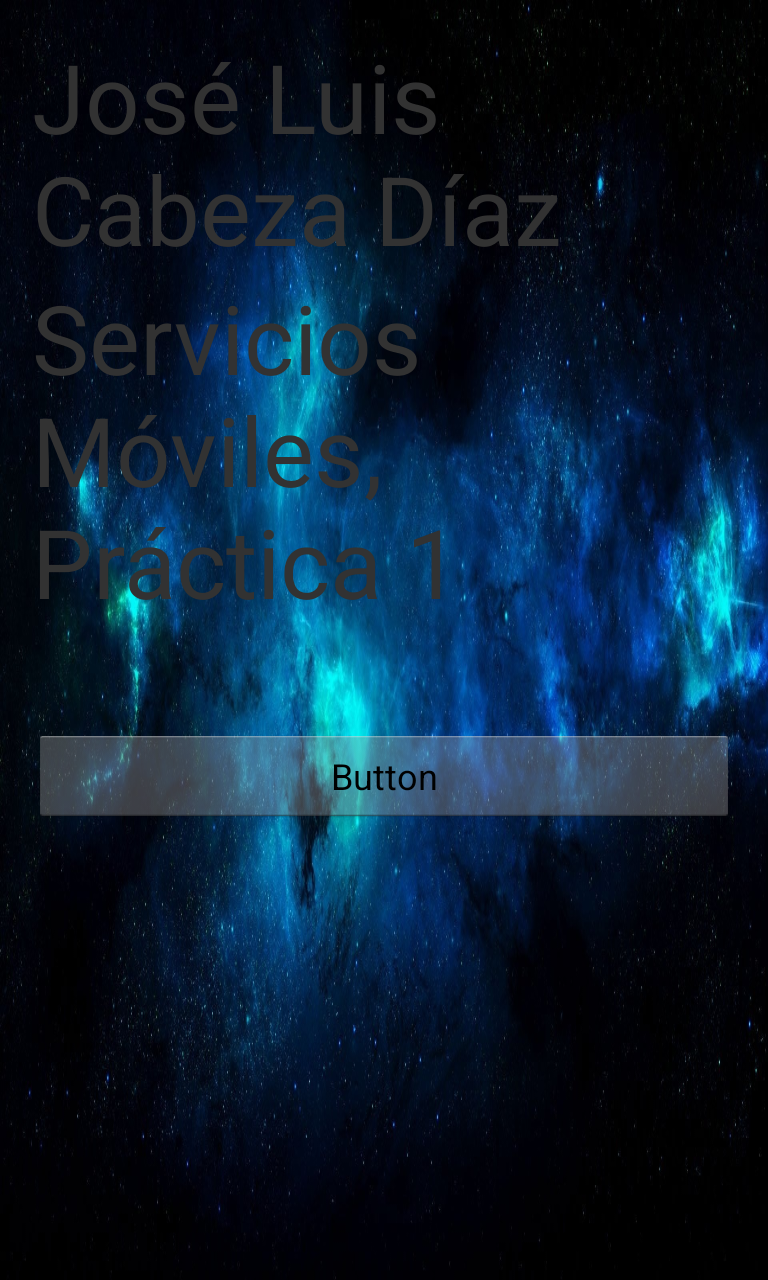
Repository: jlcd0004/sm_p11_practica1
Layout: Practica1/res/layout/activity_main.xml
An editor plug-in stored every save of this project. The layout is shown before and after the next save, followed by the edit.
It is drawn on a 768 x 1280 px phone screen (xhdpi) without system bars, with theme AppTheme; the app's code is not run.

Above is the layout before, as saved 2015-10-02 16:17:32.

### Practica1/res/layout/activity_main.xml
<RelativeLayout xmlns:android="http://schemas.android.com/apk/res/android"
    xmlns:tools="http://schemas.android.com/tools"
    android:layout_width="match_parent"
    android:layout_height="match_parent"
    android:background="@drawable/fondo"
    android:paddingBottom="@dimen/activity_vertical_margin"
    android:paddingLeft="@dimen/activity_horizontal_margin"
    android:paddingRight="@dimen/activity_horizontal_margin"
    android:paddingTop="@dimen/activity_vertical_margin"
    tools:context="com.practica1.MainActivity" >

    <TextView
        android:id="@+id/textView1"
        android:layout_width="wrap_content"
        android:layout_height="wrap_content"
        android:text="@string/presentacion"
        android:textSize="@android:dimen/app_icon_size" />

    <TextView
        android:id="@+id/textView2"
        android:layout_width="wrap_content"
        android:layout_height="wrap_content"
        android:layout_alignParentRight="true"
        android:layout_below="@+id/textView1"
        android:text="@string/presentacion2"
        android:textSize="@android:dimen/app_icon_size" />

    <Button
        android:id="@+id/button1"
        android:layout_width="wrap_content"
        android:layout_height="wrap_content"
        android:layout_alignLeft="@+id/textView2"
        android:layout_alignParentRight="true"
        android:layout_below="@+id/textView2"
        android:layout_marginTop="51dp"
        android:text="Button" />

</RelativeLayout>

### Practica1/res/values/strings.xml
<?xml version="1.0" encoding="utf-8"?>
<resources>

    <string name="app_name">Practica1</string>
    <string name="hello_world">Hello world!</string>
    <string name="action_settings">Settings</string>
<string name="presentacion">José Luis Cabeza Díaz</string>
     <string name="presentacion2">Servicios Móviles, Práctica 1</string>
</resources>

Loaded but not shown: Practica1/res/values/styles.xml (common file); Practica1/res/values-v11/styles.xml (common file); Practica1/res/values-v14/styles.xml (common file); Practica1/res/values/dimens.xml (common file); Practica1/res/values-w820dp/dimens.xml (common file)

After the next save:
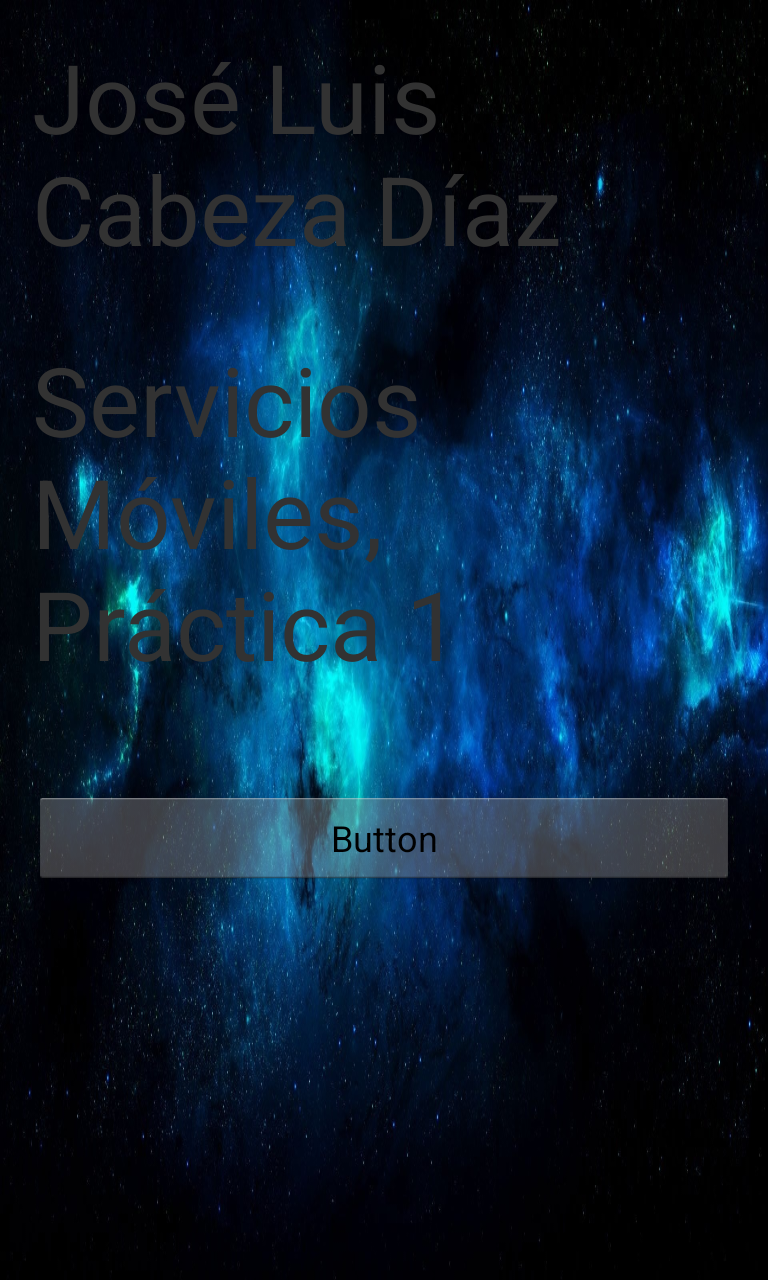
Saved 19 s later.
--- a/Practica1/res/layout/activity_main.xml
+++ b/Practica1/res/layout/activity_main.xml
@@ -16,23 +16,24 @@
         android:text="@string/presentacion"
         android:textSize="@android:dimen/app_icon_size" />
 
-    <TextView
-        android:id="@+id/textView2"
-        android:layout_width="wrap_content"
-        android:layout_height="wrap_content"
-        android:layout_alignParentRight="true"
-        android:layout_below="@+id/textView1"
-        android:text="@string/presentacion2"
-        android:textSize="@android:dimen/app_icon_size" />
-
     <Button
         android:id="@+id/button1"
         android:layout_width="wrap_content"
         android:layout_height="wrap_content"
         android:layout_alignLeft="@+id/textView2"
-        android:layout_alignParentRight="true"
+        android:layout_alignRight="@+id/textView2"
         android:layout_below="@+id/textView2"
         android:layout_marginTop="51dp"
         android:text="Button" />
 
+    <TextView
+        android:id="@+id/textView2"
+        android:layout_width="wrap_content"
+        android:layout_height="wrap_content"
+        android:layout_alignParentLeft="true"
+        android:layout_below="@+id/textView1"
+        android:layout_marginTop="31dp"
+        android:text="@string/presentacion2"
+        android:textSize="@android:dimen/app_icon_size" />
+
 </RelativeLayout>
